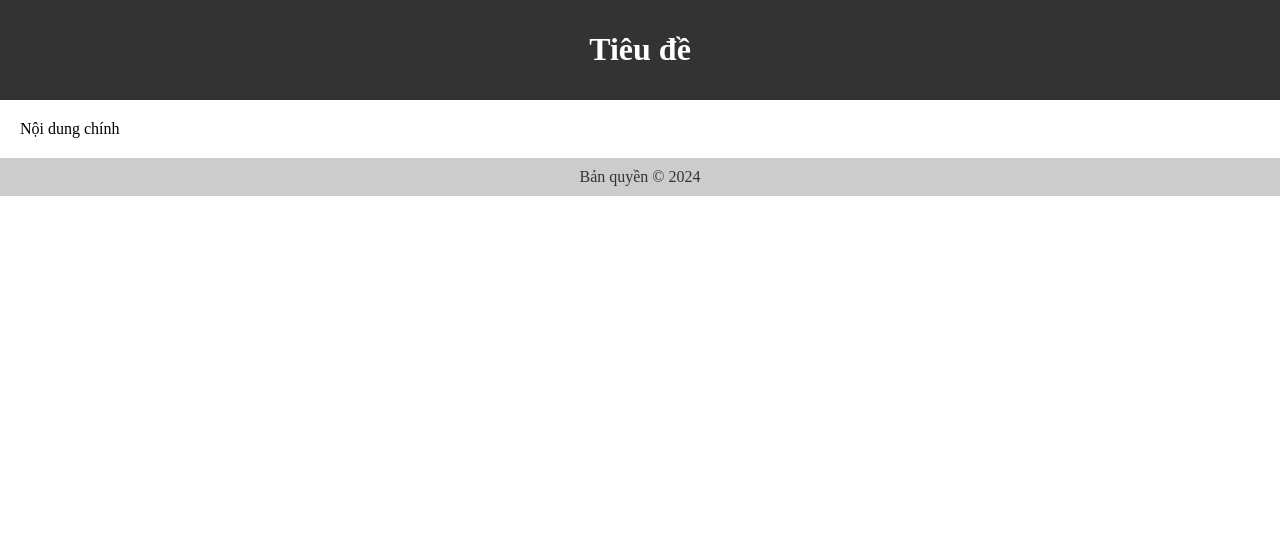
Repository: G1tHub-zer0/BTTH
Page: BTCSS/bai21.html
An editor plug-in stored every save of this project. The page is shown before and after the next save, followed by the edit.
The browser window is 1280 px wide. The pictures show the whole page.

Above is the page before, as saved 2024-03-22 20:02:13.

After the next save:
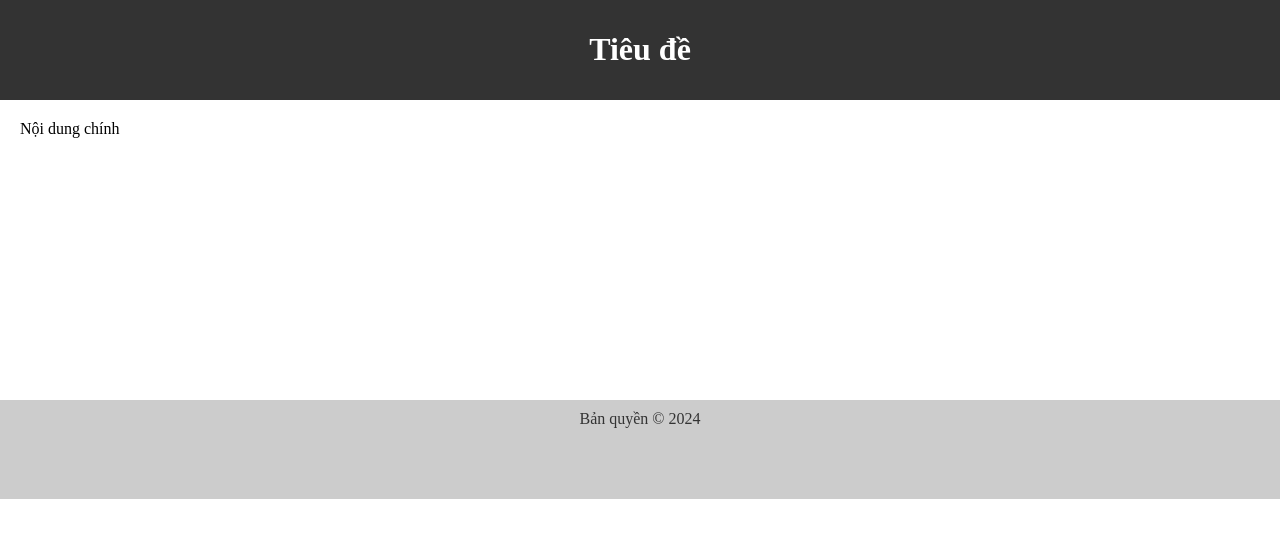
Saved 23 s later.
--- a/BTCSS/bai21.css
+++ b/BTCSS/bai21.css
@@ -3,7 +3,7 @@
   padding: 0;
   box-sizing: border-box;
   display: grid;
-  grid-template-rows: auto 1fr auto;
+  grid-template-rows: 1fr 3fr 1fr;
 }
 header {
   background-color: #333;

After the save that followed:
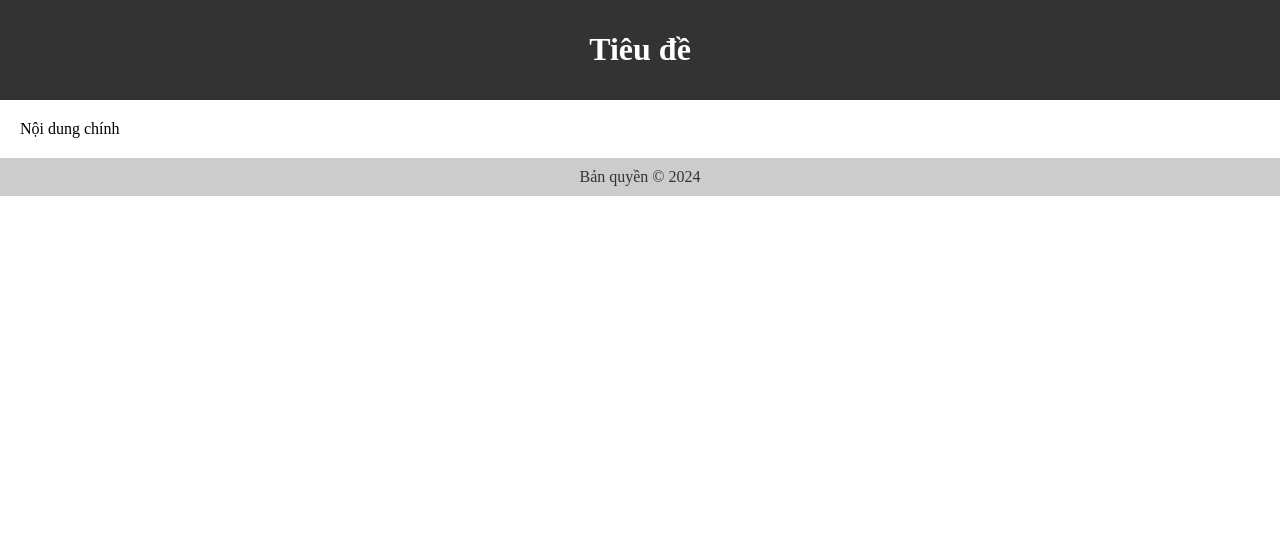
Saved 21 s later.
--- a/BTCSS/bai21.css
+++ b/BTCSS/bai21.css
@@ -2,8 +2,6 @@
   margin: 0;
   padding: 0;
   box-sizing: border-box;
-  display: grid;
-  grid-template-rows: 1fr 3fr 1fr;
 }
 header {
   background-color: #333;
